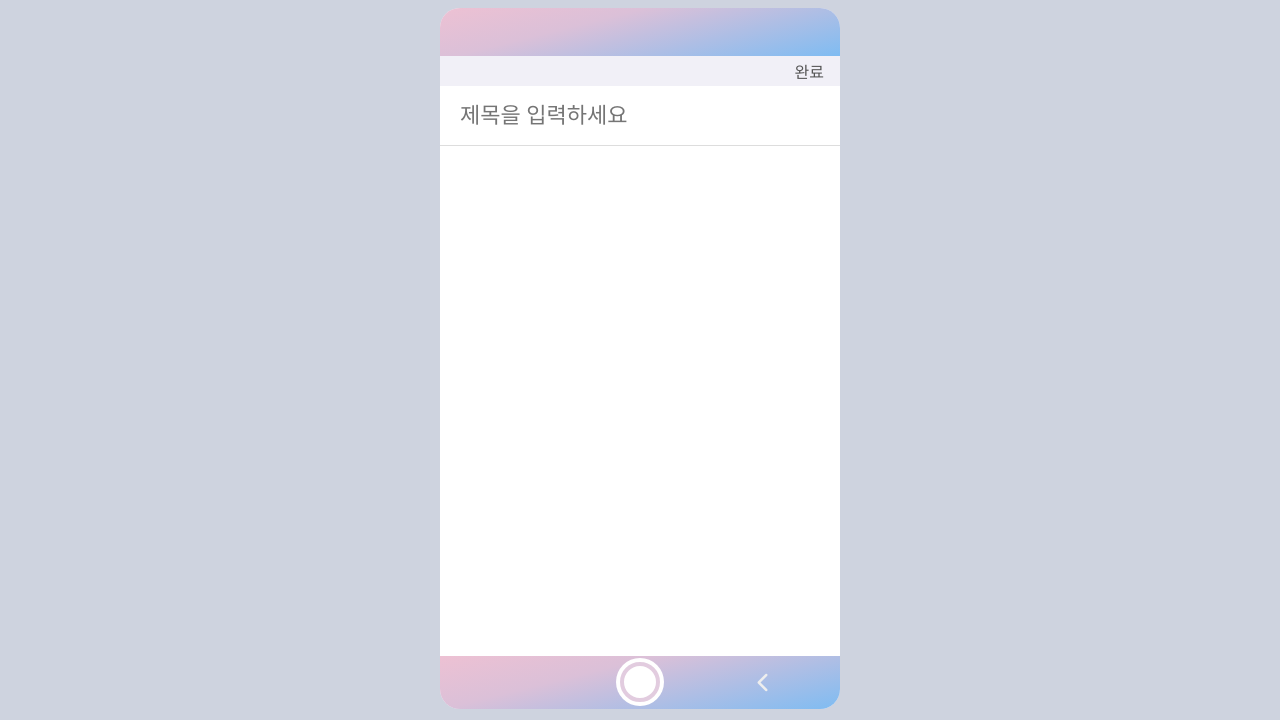
Repository: jinhee196/diary
Page: index.html
These files come from the project's save history. The page is drawn as it stood at one moment and after the next save; the edit follows.
The browser window is 1280 px wide. The pictures show the whole page.
Some web fonts or font styles are not loaded; a fallback is used. Some web libraries are served in a nearby version.

Above is the page before, as saved 2021-06-04 21:18:46.

### index.html
<!DOCTYPE html>
<html lang="ko">
<head>
    <meta charset="UTF-8">
    <meta http-equiv="X-UA-Compatible" content="IE=edge">
    <meta name="viewport" content="width=device-width, initial-scale=1.0">
    <title>secret Note</title>
    <script src="https://kit.fontawesome.com/ef20572bd9.js" crossorigin="anonymous"></script>
    <link rel="stylesheet" href="style.css">
    <link rel="preconnect" href="https://fonts.gstatic.com">
<link href="https://fonts.googleapis.com/css2?family=Hi+Melody&family=Nanum+Brush+Script&display=swap" rel="stylesheet">
    <script src="js/main.js" defer></script>
    <script src="js/data.js"></script>
</head>
<body>
  <div class="container">
      <header class="header"></header>

      <section id="main">
        <h1 class="main__title">SECRET DIARY</h1>
        <p class="main__desc">작가 Bodo Schaefer의 &#60;멘탈의 연금술&#62;을 바탕으로 만든 일기장입니다.
                              책의 내용을 토대로 전략적인 일기를 써보세요:) 긍정적인 삶으로 나아갈 수 있을 것입니다. </p>
        <button class="note1">일기쓰기</button>
        <button class="note2">아침일기</button>
        <button class="note3">걱정과 두려움을 <br>다루는 방법</button>
      </section>

      <section id="daily">
        <div class="daily__weather"></div>
        <div class="daily__emotion"></div>
        <div class="daily__Note">
          <button class="daily__submit">완료</button>
          <input class="daily__title" placeholder="제목을 입력하세요"></input>
          <textarea class="daily__text"></textarea>

        </div>
      </section>

      <section id="morning">
        <p class="desc">아침일기는 '오늘 무엇을 할 것인가?'를 정리하는 데 탁월한 효과를 줍니다. 질문에 가볍게 답해가다 보면,
          질문의 답처럼 생각하고 실행할 수 있는 컨디션이 만들어질 것입니다.  </p>
        <ul class="items">
          <!-- <li class="item">test</li>
          <li class="item-sub">subtest</li> -->
        </ul>
        <div class="message">
        <input type="text" class="footer__input" />
        <button class="footer__submit">보내기</button>
        </div>
    </section>

    <section id="list">
      <p class="desc">두려움과 걱정의 목록들을 리스트로 만들고 지속적으로 업데이트하세요.
        구체적으로 작성해 두려움을 잘게 쪼개다보면 엄습하는 두려움을 무력화시킬 수 있을 것입니다. </p>
      <ul class="items">
        <!-- <li class="item">test</li>
        <li class="item-sub">subtest</li> -->
      </ul>
      <div class="message">
      <input type="text" class="footer__input" />
      <button class="footer__submit">보내기</button>
      </div>
  </section>

    <footer class="footer">
      <button class="footer__button">
        <div class="circle"></div>
       </button>
       <i class="fas fa-chevron-left"></i>
     </footer>
  </div>
</body>
</html>

### style.css
* {
  box-sizing: border-box;
  font-family: "Hi Melody", cursive;
}
ul {
  padding: 0;
}

button {
  outline: none;
  background: transparent;
  border: none;
  cursor: pointer;
}
body {
  background-color: #ced3df;
  text-align: center;
}

section {
  height: 600px;
}
.container {
  width: 400px;
  margin: auto;
  background-color: #f1f0f7;
  border-radius: 20px;
}

.header {
  height: 48px;
  padding: 8px;
  font-size: 24px;
  background: rgba(237, 193, 211);

  background: linear-gradient(
    166deg,
    rgba(237, 193, 211, 1) 0%,
    rgba(219, 192, 216, 1) 35%,
    rgba(127, 188, 242, 1) 100%
  );
  border-radius: 20px 20px 0 0;
  color: #fff;
}

#main {
  display: none; /*flex*/
  flex-direction: column;
  justify-content: center;
  align-items: center;
  overflow: hidden;
}
.main__title {
  font-family: "Nanum Brush Script", cursive;
  letter-spacing: 1px;
  font-size: 40px;
  color: #555;
}
.main__desc {
  padding: 0 30px;
  font-size: 18px;
  margin-bottom: 30px;
}
#main button {
  width: 130px;
  padding: 13px 15px;
  margin: 5px 0;
  border-radius: 10px;
  color: #222;
  font-size: 16px;
}
.note1 {
  background-color: rgba(219, 192, 216, 1);
}
.note2 {
  background-color: rgba(127, 188, 242, 1);
}
.note3 {
  background-color: rgba(219, 192, 216, 1);
}

#daily {
  display: block;
}
.daily__weather {
  display: none;
}
.daily__emotion {
  display: none;
  position: relative;
}
.daily__Note {
  width: 100%;
  height: 100%;
}
.daily__title {
  width: 100%;
  height: 10%;
  outline: none;
  padding: 20px;
  font-size: 22px;
  border: none;
  border-bottom: 1px solid #ddd;
}
.daily__text {
  width: 100%;
  height: 85%;
  line-height: 1.6;
  padding: 20px;
  outline: none;
  border: none;
  resize: none;
  font-size: 18px;
}
.daily__submit {
  height: 5%;
  font-size: 16px;
  color: #555;
  float: right;
  margin-right: 10px;
}
.daily__submit:hover {
  color: rgb(255, 110, 238);
}
#morning {
  display: none;
  overflow: hidden;
}
#list {
  display: none;
  overflow: hidden;
}
.desc {
  width: 370px;
  height: 60px;
  font-size: 11px;
  text-align: left;
  padding: 8px 30px;
  margin: 15px auto 0;
  background-color: #fff;
  border-radius: 5px;
  line-height: 1.4;
}
.items {
  height: 495px;
  overflow-y: auto;
  margin: 0;
  font-size: 13px;
}

.item {
  padding: 8px 15px;
  margin: 10px;
  border-radius: 15px;
  background: rgba(237, 193, 211);
  display: inline-block;
  float: left;
  clear: both;
}
.item-sub {
  padding: 8px 15px;
  margin: 10px;
  border-radius: 15px;
  background: rgba(127, 188, 242, 1);
  display: inline-block;
  float: right;
  clear: both;
}

.footer {
  background: rgba(237, 193, 211);

  background: linear-gradient(
    166deg,
    rgba(237, 193, 211, 1) 0%,
    rgba(219, 192, 216, 1) 35%,
    rgba(127, 188, 242, 1) 100%
  );
  border-radius: 0 0 20px 20px;
  position: relative;
}
.message {
  width: 100%;
}
.footer__input {
  width: 88%;
  height: 32px;
  border: none;
  outline: none;
  font-size: 14px;
  font-weight: 400;
  padding: 0 16px;
  float: left;
  border-top: 1px solid rgba(237, 193, 211);
}

.footer__submit {
  width: 12%;
  height: 32px;
  float: right;
  background-color: rgba(237, 193, 211);
  font-size: 11px;
  padding: 0;
}
.footer__button {
  width: 48px;
  height: 48px;
  background-color: #fff;
  border-radius: 50%;
  transition: transform 300ms ease-in;
  margin-top: 2px;
}
.circle {
  width: 40px;
  height: 40px;
  border: 4px solid rgba(219, 192, 216, 0.8);
  border-radius: 50%;
  margin-left: -2px;
}
.fa-chevron-left {
  font-size: 20px;
  color: #eee;
  position: absolute;
  right: 70px;
  top: 50%;
  transform: translateY(-50%);
  cursor: pointer;
}
.footer__button:hover {
  transform: scale(1.1);
}

### js/data.js
const morningList = [
  {
    q: '1. 나는 오늘 어떤 점이 가장 행복하겠는가?'
  },
  {
    q: '2. 오늘 내게 가장 큰 동기부여를 해주는 것은 무엇인가?'
  },
  {
    q: '3.오늘 무엇에 가장 감사해야 하겠는가?'
  },
  {
    q: '4.오늘 내게 직언과 조언을 해줄 사람들은 누구인가?'
  },
  {
    q: '5. 오늘 내 컨디션으로 볼 때 가장 잘해낼 것 같은 일은 무엇인가?'
  },
  {
    q: '6. 오늘 내가 꼭 알아야 할 것은 무엇인가?'
  },
  {
    q: '7. 오늘 두려움과 긴장을 유쾌하게 다뤄줄 필살기는 무엇인가?'
  },
  {
    q: '8. 오늘 꼭 해야할 과제 한 가지는 무엇인가?'
  }
]

const qnaList = [
  {
    q: '지금 가장 두려운 것이 무엇입니까?'
  },
  {
    q: '그것이 왜 두려우십니까? 구체적으로 작성해보세요.'
  },
  {
    q: '가장 큰 두려움에서부터 사소한 걱정까지 낱낱이 기록하세요.'
  }
]

const dailyNote = [
  {
    q: '지금의 날씨를 선택해주세요',
    a: [
      { answer: 'images/weather-icon-set_03.png'},
      { answer: 'images/weather-icon-set_05.png' },
      { answer: 'images/weather-icon-set_07.png' },
      { answer: 'images/weather-icon-set_13.png' },
      { answer: 'images/weather-icon-set_17.png' },
      { answer: 'images/weather-icon-set_21.png' },
    ]
  },
  {
    q: '지금의 기분을 골라보세요',
    a: [
      { answer: 'images/emtion_03.png' },
      { answer: 'images/emtion_05.png' },
      { answer: 'images/emtion_07.png' },
      { answer: 'images/emtion_12.png' },
      { answer: 'images/emtion_13.png' },
      { answer: 'images/emtion_14.png' },
      { answer: 'images/emtion_18.png' },
      { answer: 'images/emtion_19.png' },
      { answer: 'images/emtion_20.png' },
    ]
  }
]

Loaded but not shown: js/main.js (no copy from this time; the picture is the same without it)

After the next save:
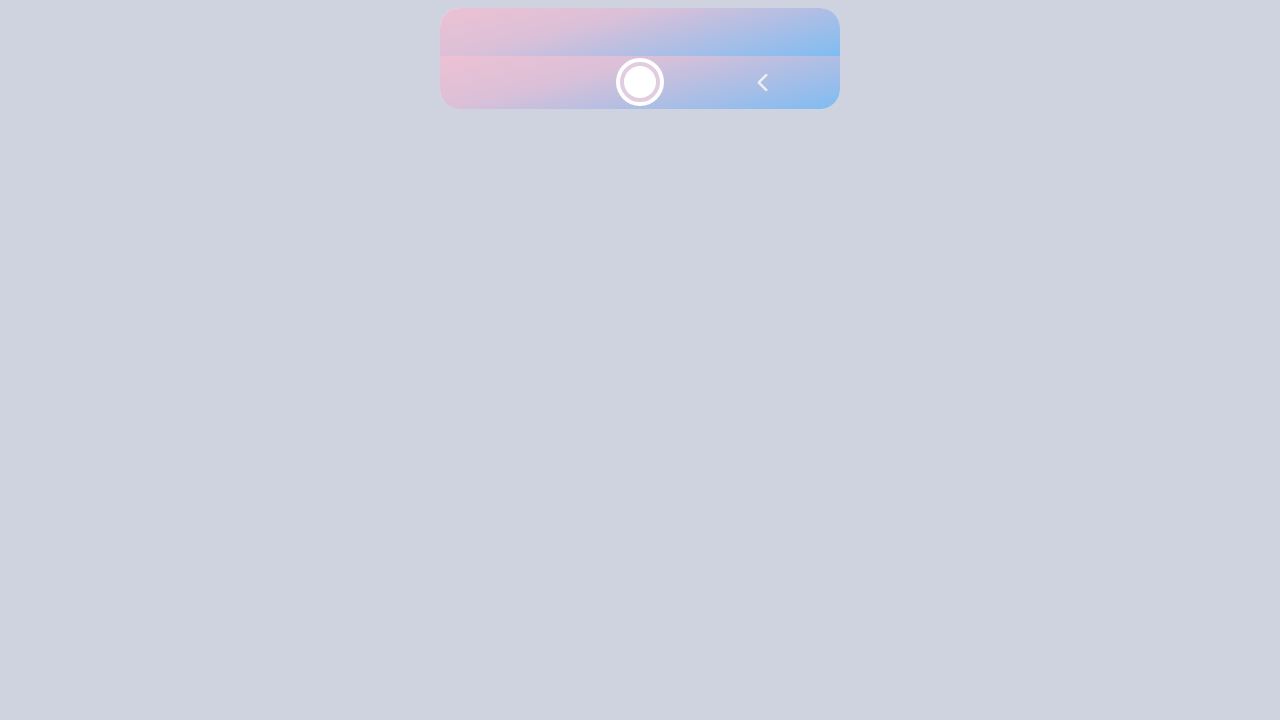
Saved 27 s later.
--- a/style.css
+++ b/style.css
@@ -80,7 +80,7 @@ section {
 }
 
 #daily {
-  display: block;
+  display: none;
 }
 .daily__weather {
   display: none;
@@ -90,6 +90,7 @@ section {
   position: relative;
 }
 .daily__Note {
+  display: none;
   width: 100%;
   height: 100%;
 }
